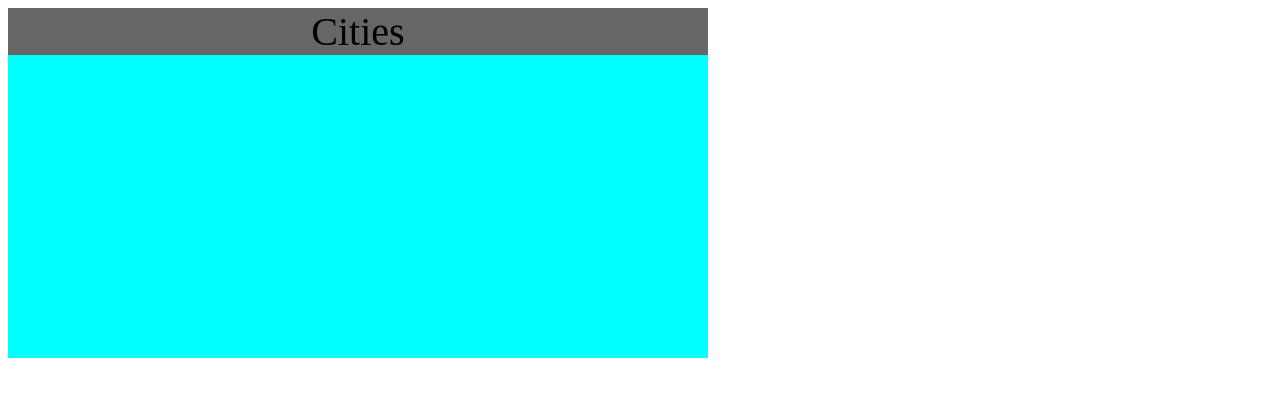
Repository: LongNguyen2504/T3H-FrondEnd
Page: Lesson3_CSS_HomeWork1.html
The author's editor kept a copy of each file at every save. The page is drawn from the files as they stood at one save, then again after the next save.
The browser window is 1280 px wide. The pictures show the whole page.

Above is the page before, as saved 2021-12-01 17:20:00.

After the next save:
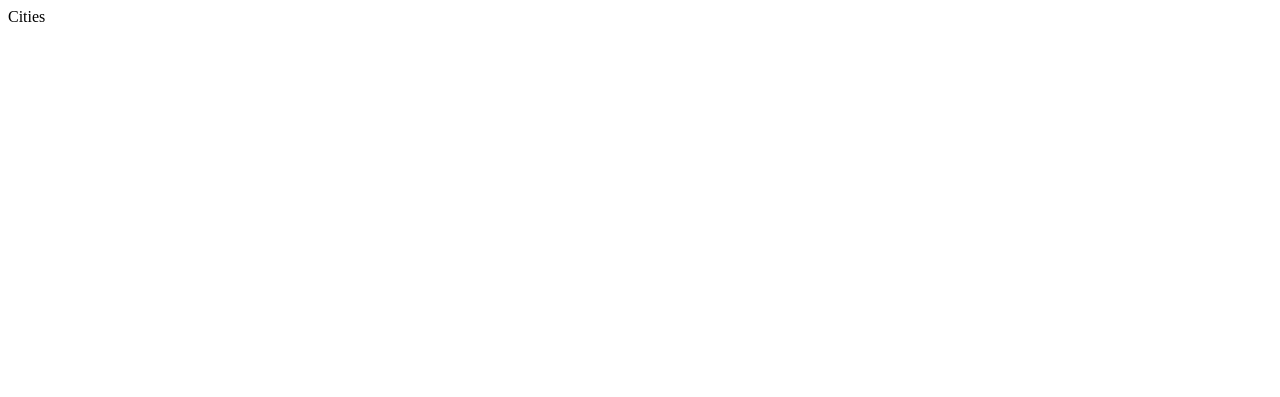
Saved 1 s later.
--- a/Lesson3_CSS_HomeWork1.html
+++ b/Lesson3_CSS_HomeWork1.html
@@ -7,8 +7,8 @@
     <title>Document</title>
 </head>
 <body>
-    <div class="ancestor-div" style="background-color: aqua; width: 700px; height: 350px;font-family: 'Times New Roman', Times, serif;">
-        <div class="city-div"  style="background-color: #666666;text-align: center;font-size: 40px;">
+    <div class="ancestor-div" >
+        <div class="city-div"  >
             Cities
         </div>
     </div>

After the save that followed:
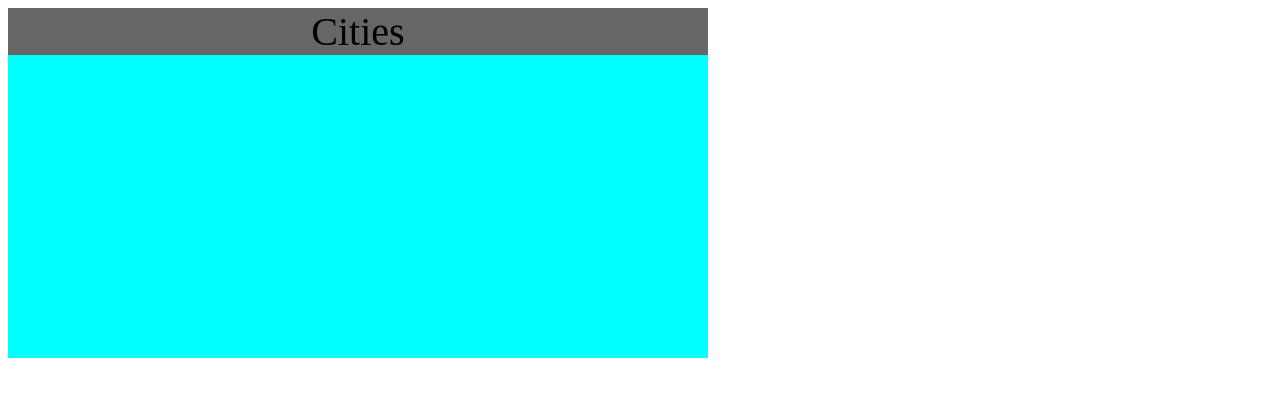
Saved 37 s later.
--- a/Lesson3_CSS_HomeWork1.html
+++ b/Lesson3_CSS_HomeWork1.html
@@ -5,6 +5,7 @@
     <meta http-equiv="X-UA-Compatible" content="IE=edge">
     <meta name="viewport" content="width=device-width, initial-scale=1.0">
     <title>Document</title>
+    <link rel="stylesheet" href="Lesson3_CSS_HomeWork1.css">
 </head>
 <body>
     <div class="ancestor-div" >
